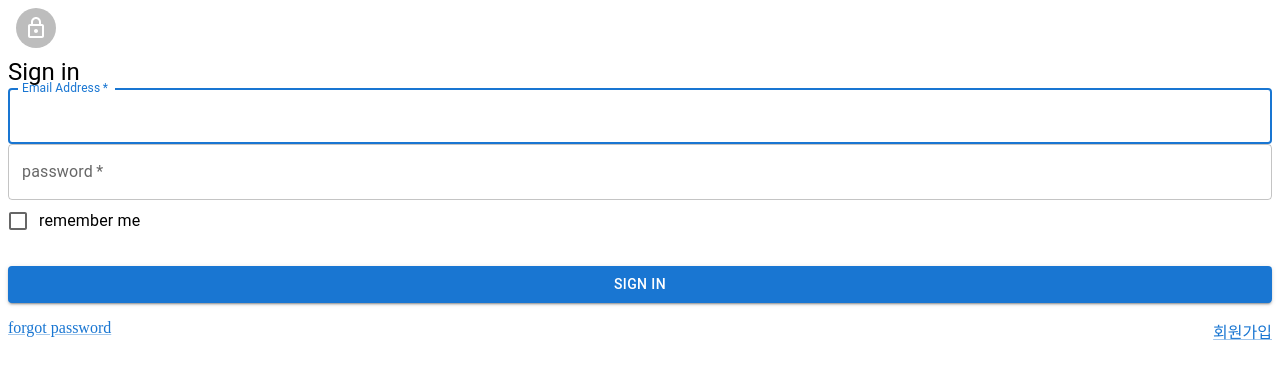
Repository: chlwpdnswku/nextjsportpolioclone
Page: /
These files come from the project's save history. The page is drawn as it stood at one moment and after the next save; the edit follows.
The browser window is 1280 px wide. The pictures show the whole page.
The project was rebuilt for these pictures with package versions that can differ from the ones it lists, and the page was loaded fresh each time. The framework's server and built-in components were replaced by stand-ins that run in the browser. Also part of the build but not shown: next.config.js.

Above is the page before, as saved 2022-08-05 17:05:19.

After the next save:
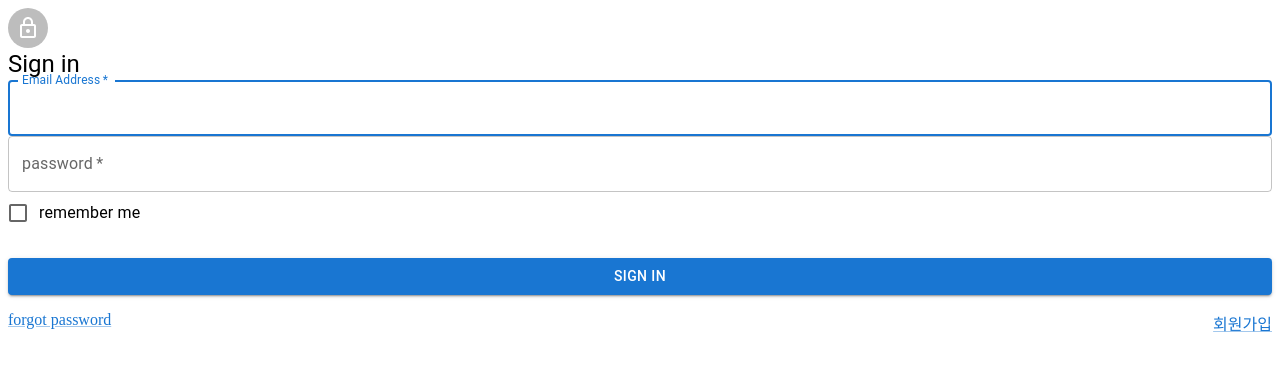
Saved 5 s later.
--- a/pages/index.tsx
+++ b/pages/index.tsx
@@ -21,7 +21,7 @@
     <>
       {/* Typography는 text폰트를 지정할수 있도록 하는 것 h1 테그로 감싸지고 variant h5 는 mui에서 지정한 h5디자인 적용  */}
       {/* Avata를 통해 아이콘을 원형으로 하기 */}
-      <Avatar sx={{ m: 1 }}>
+      <Avatar sx={{}}>
         {' '}
         <LockOutlinedIcon />
       </Avatar>

After the save that followed:
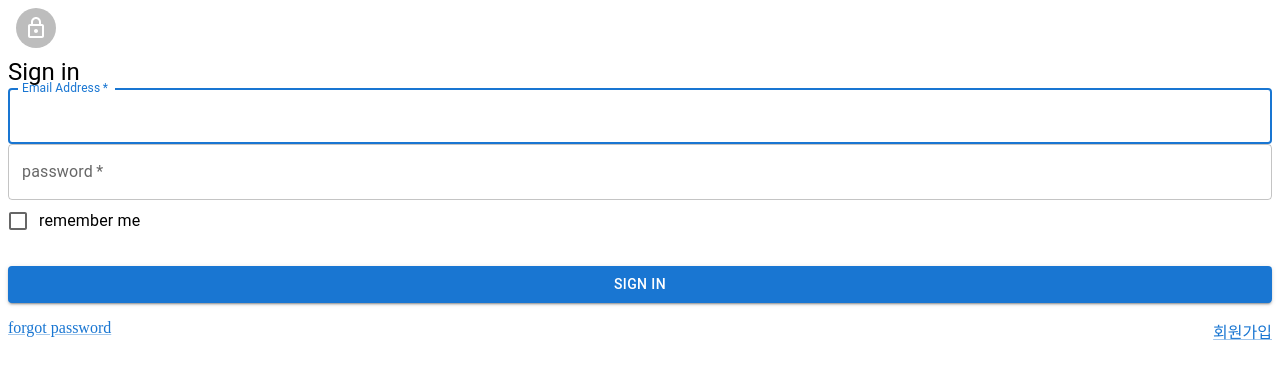
Saved 4 s later.
--- a/pages/index.tsx
+++ b/pages/index.tsx
@@ -21,7 +21,7 @@
     <>
       {/* Typography는 text폰트를 지정할수 있도록 하는 것 h1 테그로 감싸지고 variant h5 는 mui에서 지정한 h5디자인 적용  */}
       {/* Avata를 통해 아이콘을 원형으로 하기 */}
-      <Avatar sx={{}}>
+      <Avatar sx={{ m: 1 }}>
         {' '}
         <LockOutlinedIcon />
       </Avatar>
